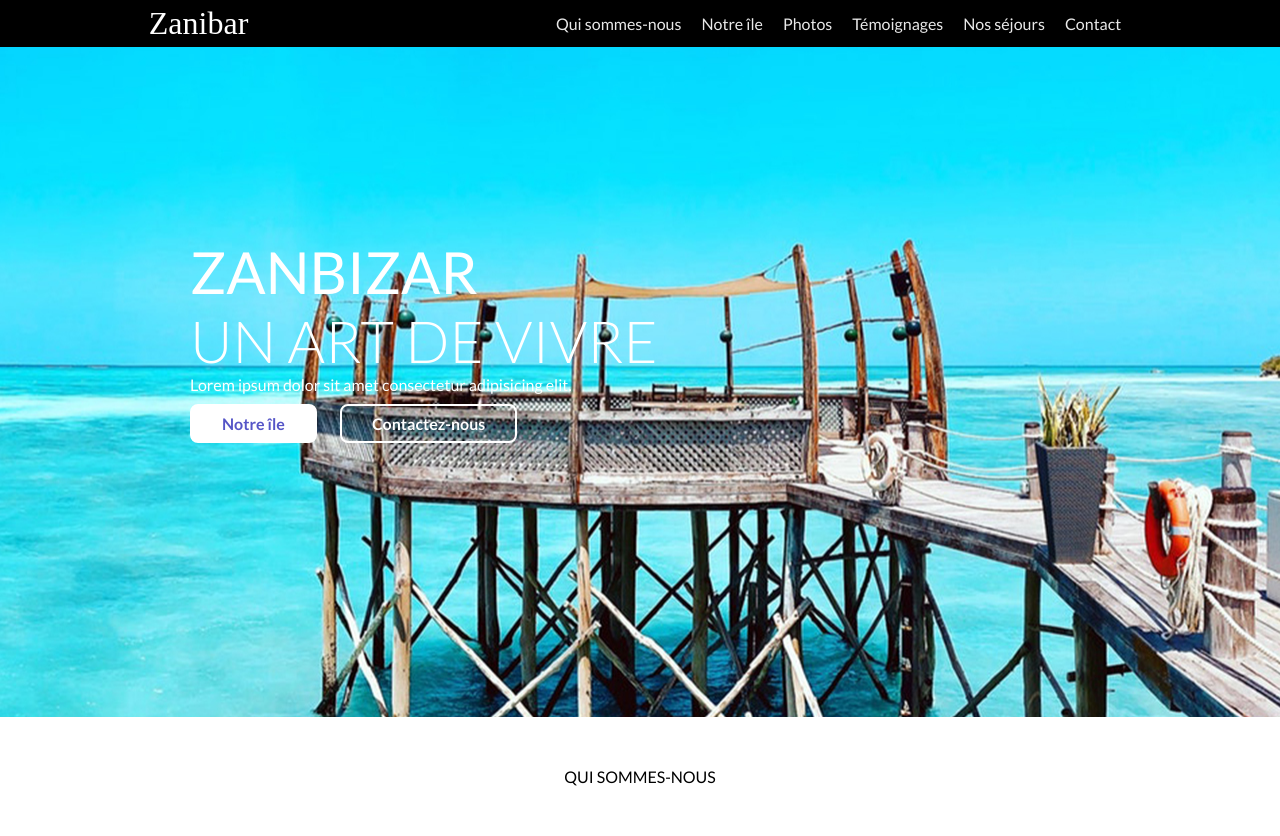
Repository: ypiard85/zanzibar
Page: index.html
The author's editor kept a copy of each file at every save. The page is drawn from the files as they stood at one save, then again after the next save.
The browser window is 1280 px wide. The pictures show the whole page.
Some web fonts or font styles are not loaded; a fallback is used.

Above is the page before, as saved 2021-02-23 15:34:10.

### index.html
<!DOCTYPE html>
<html lang="en">
<head>
    <meta charset="UTF-8">
    <meta http-equiv="X-UA-Compatible" content="IE=edge">
    <meta name="viewport" content="width=device-width, initial-scale=1.0">
    <link rel="stylesheet" href="font/font.css">
    <link rel="stylesheet" href="./style.css">
    <link href="https://fonts.googleapis.com/css?family=Lato:300,400,700" rel="stylesheet">
    <link href="https://fonts.googleapis.com/css?family=Sanchez" rel="stylesheet">
    <title>Document</title>
</head>
<body>
    <div class="wrapper">
        <header role="header">
            <nav class="nav">
                <div class="nav_left">
                    <a href="">
                        Zanibar
                    </a>
                </div>
                <ul class="nav_link">
                    <li><a href="">Qui sommes-nous</a></li>
                    <li><a href="">Notre île</a></li>
                    <li><a href="">Photos</a></li>
                    <li><a href="">Témoignages</a></li>
                    <li><a href="">Nos séjours</a></li>
                    <li><a href="">Contact</a></li>
                </ul>
            </nav>
        </header>
        <section class="image_thumbnail">
            <div class="content_thumbnail">
                <p class="titlte_first">ZANBIZAR</p>
                <p class="title_second">UN ART DE VIVRE</p>
                <p>Lorem ipsum dolor sit amet consectetur adipisicing elit.</p>
                <a href="" class="btn_plein">Notre île</a>
                <a href="" class="btn_empty">Contactez-nous</a>
            </div>
        </section>
        <section class="about">
            <div class="title">
                <p>Qui sommes-nous</p>
            </div>
        </section>
    </div>
</body>
</html>

### font/font.css
/*! Generated by Font Squirrel (https://www.fontsquirrel.com) on June 4, 2019 */



@font-face {
    font-family: 'warnesregular';
    src: url('warnes-regular-webfont.eot');
    src: url('warnes-regular-webfont.eot?#iefix') format('embedded-opentype'),
         url('warnes-regular-webfont.woff2') format('woff2'),
         url('warnes-regular-webfont.woff') format('woff'),
         url('warnes-regular-webfont.ttf') format('truetype'),
         url('warnes-regular-webfont.svg#warnesregular') format('svg');
    font-weight: normal;
    font-style: normal;

}

### style.css
:root{
    --font-family-title: "warnesregular";
    --guillemet-citation: "Sanchez", serif;
    --font-size-title-medium: 32px;
}

*{
    margin: 0;
    padding: 0;
    box-sizing: content-box;
    list-style: none;
    text-decoration: none;
}

html {
    background-color: #fff;
    font-family: "Lato", "Arial", sans-serif;
}


.nav{
    background: black;
    display: flex;
    justify-content: space-around;
    align-items: center;
    padding: 5px 0;
}

.nav *{
    color: #fff;
}

.nav_left a{
    font-family: var(--font-family-title);
    font-size: 32px;
}

.nav_link{
    display: flex;
}

.nav_link li a{
    color: rgb(233, 233, 233);
    margin: 0 10px;

}

.image_thumbnail{
    background-image: url('./header.jpg');
    background-repeat: no-repeat;
    background-position: center right;
    height: 93vh;

}

.content_thumbnail{
    padding: 190px;
    color: #fff;
}

.content_thumbnail .titlte_first{
    font-size: 58px;
}

.content_thumbnail .title_second{
    font-size: 58px;
    font-weight: 100;
}

.content_thumbnail > a{
    display: inline-block;
    margin-top: 10px;
    padding: 8px 30px;
    border-radius: 8px;
    border: 2px solid #fff;
    margin-right: 20px;
    font-weight: 600;
}

.btn_plein{
    background-color: white;
    color: rgb(85, 85, 199);
}

.btn_empty{
    background-color: transparent;
    color: #fff;
}

.about{
    padding: 50px 0;
}

.about > .title > p{
    text-align: center;
    text-transform: uppercase;
    font-
    font-size: var(--font-size-title-medium);

}

After the next save:
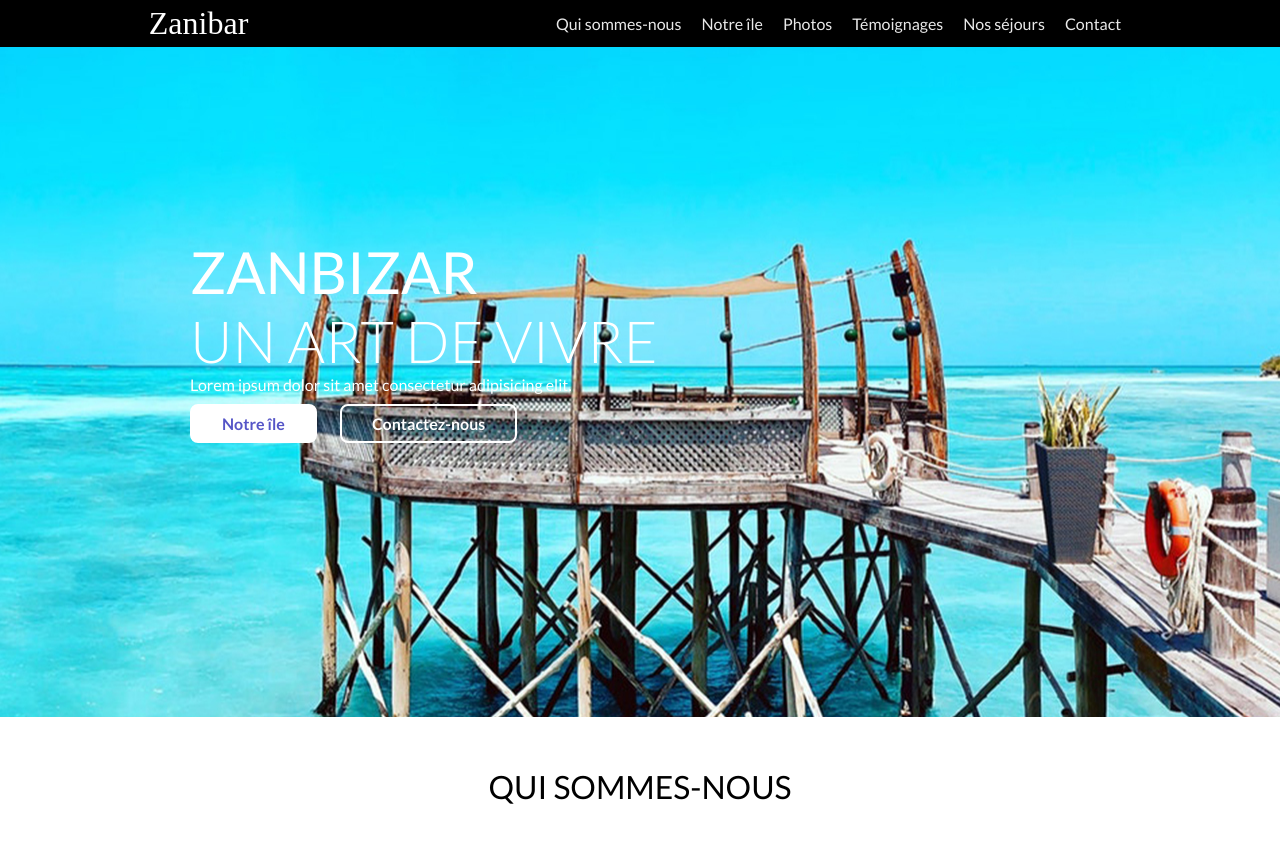
Saved 12 s later.
--- a/style.css
+++ b/style.css
@@ -94,7 +94,6 @@ html {
 .about > .title > p{
     text-align: center;
     text-transform: uppercase;
-    font-
     font-size: var(--font-size-title-medium);
 
 }
